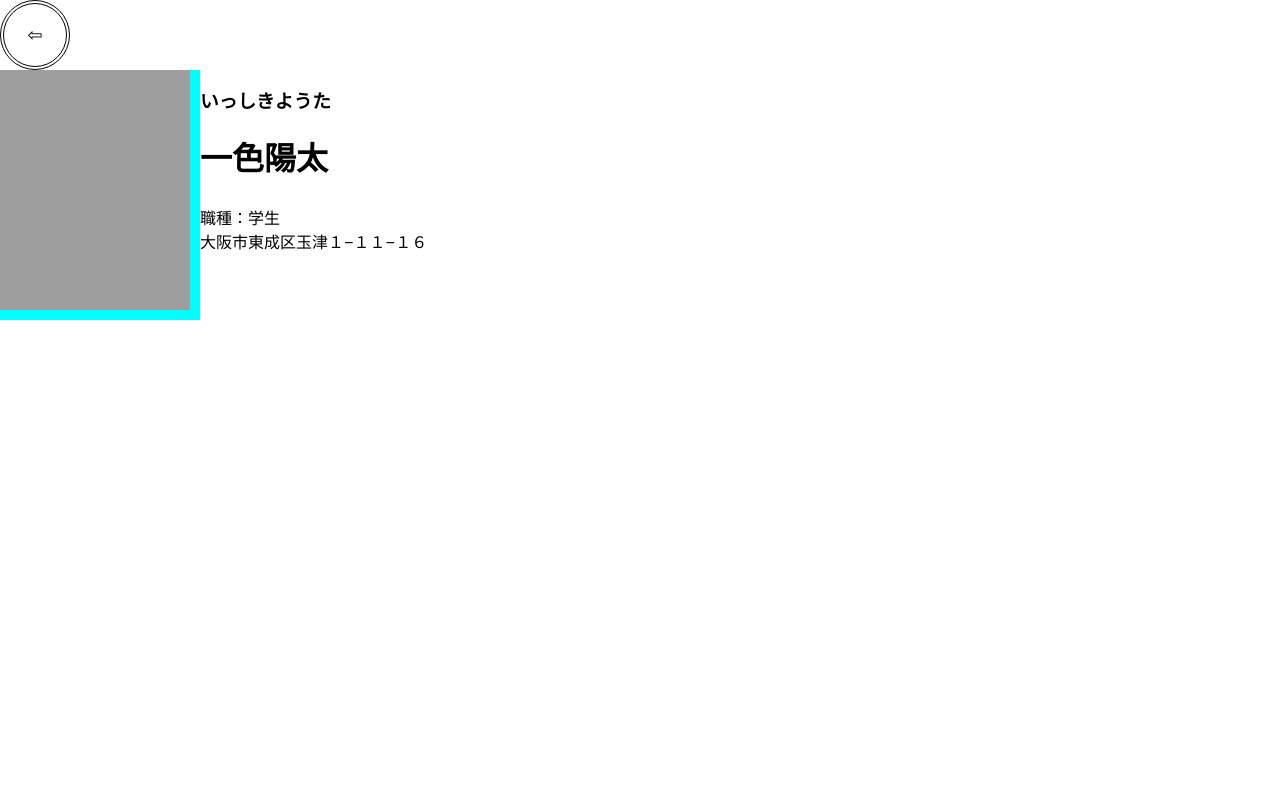
Repository: Mush-s/Folio-OX
Page: /profile
An editor plug-in stored every save of this project. The page is shown before and after the next save, followed by the edit.
The browser window is 1280 px wide. The pictures show the whole page.
Pictures or frames that could not be fetched are drawn as grey boxes. The project was rebuilt for these pictures with package versions that can differ from the ones it lists, and the page was loaded fresh each time. Also part of the build but not shown: src/TicTacToe/AfterGame/AfterGame.css, src/TicTacToe/AfterGame/AfterGame.js, src/TicTacToe/Game/Cell.css, src/TicTacToe/Game/Cell.js, src/TicTacToe/Patterns/Pattern.js, src/TicTacToe/Game/GameButtons/GameButtons.css, src/TicTacToe/Game/GameButtons/GameButtons.js, src/TicTacToe/Game/Game.css and 18 more.

Above is the page before, as saved 2022-09-20 18:06:43.

### public/index.html
<!DOCTYPE html>
<html lang="en">
  <head>
    <meta charset="utf-8" />
    <link rel="icon" href="%PUBLIC_URL%/favicon.ico" />
    <meta name="viewport" content="width=device-width, initial-scale=1" />
    <meta name="theme-color" content="#000000" />
    <meta
      name="description"
      content="Web site created using create-react-app"
    />
    <link rel="apple-touch-icon" href="%PUBLIC_URL%/logo192.png" />
    <!--
      manifest.json provides metadata used when your web app is installed on a
      user's mobile device or desktop. See https://developers.google.com/web/fundamentals/web-app-manifest/
    -->
    <link rel="manifest" href="%PUBLIC_URL%/manifest.json" />
    <!--
      Notice the use of %PUBLIC_URL% in the tags above.
      It will be replaced with the URL of the `public` folder during the build.
      Only files inside the `public` folder can be referenced from the HTML.

      Unlike "/favicon.ico" or "favicon.ico", "%PUBLIC_URL%/favicon.ico" will
      work correctly both with client-side routing and a non-root public URL.
      Learn how to configure a non-root public URL by running `npm run build`.
    -->
    <title>React App</title>
  </head>
  <body>
    <noscript>You need to enable JavaScript to run this app.</noscript>
    <div id="root"></div>
    <div id="portal"></div>
    <div id="howmany"></div>
    <!--
      This HTML file is a template.
      If you open it directly in the browser, you will see an empty page.

      You can add webfonts, meta tags, or analytics to this file.
      The build step will place the bundled scripts into the <body> tag.

      To begin the development, run `npm start` or `yarn start`.
      To create a production bundle, use `npm run build` or `yarn build`.
    -->
  </body>
</html>

### src/index.js
import { createRoot } from "react-dom/client";
import { BrowserRouter } from "react-router-dom";
import ReactDOM from "react-dom";
import AfterGame from "./TicTacToe/AfterGame/AfterGame";

import App from "./App";
import BeforeGame from "./NanMon/BeforeGame/BeforeGame";
const container = document.getElementById("root");
const root = createRoot(container);
root.render(
  <BrowserRouter>
    <App />
  </BrowserRouter>
);

export const OverLay = (props) => {
  return ReactDOM.createPortal(
    <AfterGame onClick={props.onClick} result={props.result} />,
    document.getElementById("portal")
  );
};
export const HowMany = (props) => {
  return ReactDOM.createPortal(
    <BeforeGame />,
    document.getElementById("howmany")
  );
};

### src/App.js
import "./App.css";
import Game from "./TicTacToe/Game/Game";
import Game1 from "./NanMon/Game/Game1";
import Start from "./Start/Start";
import { Route, Routes } from "react-router-dom";
import Profile from "./Profile/Profile";

const App = () => {
  return (
    <div className="app">
      <Routes>
        <Route path="/" element={<Start />} />
        <Route path="/tictactou" element={<Game />} />
        <Route path="/nanmon" element={<Game1 />} />
        <Route path="/profile" element={<Profile />} />
      </Routes>
    </div>
  );
};

export default App;

### src/App.css
.app {
  position: relative;
  height: 100vh;
  width: 100%;
  font-family: "Courier New", Courier, monospace;
  /* background-image: url(https://png.pngtree.com/thumb_back/fh260/background/20210308/pngtree-vs-versus-challenge-gaming-background-banner-blue-image_582152.jpg);
  background-size: contain; */
}
/* Document
 * ========================================================================== */

/**
 * 1. Add border box sizing in all browsers (opinionated).
 * 2. Backgrounds do not repeat by default (opinionated).
 */

*,
::before,
::after {
  box-sizing: border-box; /* 1 */
  background-repeat: no-repeat; /* 2 */
}

/**
  * 1. Add text decoration inheritance in all browsers (opinionated).
  * 2. Add vertical alignment inheritance in all browsers (opinionated).
  */

::before,
::after {
  text-decoration: inherit; /* 1 */
  vertical-align: inherit; /* 2 */
}

/**
  * 1. Use the default cursor in all browsers (opinionated).
  * 2. Change the line height in all browsers (opinionated).
  * 3. Breaks words to prevent overflow in all browsers (opinionated).
  * 4. Use a 4-space tab width in all browsers (opinionated).
  * 5. Remove the grey highlight on links in iOS (opinionated).
  * 6. Prevent adjustments of font size after orientation changes in iOS.
  */

:where(:root) {
  cursor: default; /* 1 */
  line-height: 1.5; /* 2 */
  overflow-wrap: break-word; /* 3 */
  -moz-tab-size: 4; /* 4 */
  tab-size: 4; /* 4 */
  -webkit-tap-highlight-color: transparent; /* 5 */
  -webkit-text-size-adjust: 100%; /* 6 */
  text-size-adjust: 100%; /* 6 */
}

/* Sections
  * ========================================================================== */

/**
  * Remove the margin in all browsers (opinionated).
  */

:where(body) {
  margin: 0;
}

/**
  * Correct the font size and margin on `h1` elements within `section` and
  * `article` contexts in Chrome, Edge, Firefox, and Safari.
  */

:where(h1) {
  font-size: 2em;
  margin: 0.67em 0;
}

/* Grouping content
  * ========================================================================== */

/**
  * Remove the margin on nested lists in Chrome, Edge, and Safari.
  */

:where(dl, ol, ul) :where(dl, ol, ul) {
  margin: 0;
}

/**
  * 1. Correct the inheritance of border color in Firefox.
  * 2. Add the correct box sizing in Firefox.
  */

:where(hr) {
  color: inherit; /* 1 */
  height: 0; /* 2 */
}

/**
  * Remove the list style on navigation lists in all browsers (opinionated).
  */

:where(nav) :where(ol, ul) {
  list-style-type: none;
  padding: 0;
}

/**
  * Prevent VoiceOver from ignoring list semantics in Safari (opinionated).
  */

:where(nav li)::before {
  content: "\200B";
  float: left;
}

/**
  * 1. Correct the inheritance and scaling of font size in all browsers.
  * 2. Correct the odd `em` font sizing in all browsers.
  * 3. Prevent overflow of the container in all browsers (opinionated).
  */

:where(pre) {
  font-family: monospace, monospace; /* 1 */
  font-size: 1em; /* 2 */
  overflow: auto; /* 3 */
}

/* Text-level semantics
  * ========================================================================== */

/**
  * Add the correct text decoration in Safari.
  */

:where(abbr[title]) {
  text-decoration: underline;
  text-decoration: underline dotted;
}

/**
  * Add the correct font weight in Chrome, Edge, and Safari.
  */

:where(b, strong) {
  font-weight: bolder;
}

/**
  * 1. Correct the inheritance and scaling of font size in all browsers.
  * 2. Correct the odd `em` font sizing in all browsers.
  */

:where(code, kbd, samp) {
  font-family: monospace, monospace; /* 1 */
  font-size: 1em; /* 2 */
}

/**
  * Add the correct font size in all browsers.
  */

:where(small) {
  font-size: 80%;
}

/* Embedded content
  * ========================================================================== */

/*
  * Change the alignment on media elements in all browsers (opinionated).
  */

:where(audio, canvas, iframe, img, svg, video) {
  vertical-align: middle;
}

/**
  * Remove the border on iframes in all browsers (opinionated).
  */

:where(iframe) {
  border-style: none;
}

/**
  * Change the fill color to match the text color in all browsers (opinionated).
  */

:where(svg:not([fill])) {
  fill: currentColor;
}

/* Tabular data
  * ========================================================================== */

/**
  * 1. Collapse border spacing in all browsers (opinionated).
  * 2. Correct table border color in Chrome, Edge, and Safari.
  * 3. Remove text indentation from table contents in Chrome, Edge, and Safari.
  */

:where(table) {
  border-collapse: collapse; /* 1 */
  border-color: currentColor; /* 2 */
  text-indent: 0; /* 3 */
}

/* Forms
  * ========================================================================== */

/**
  * Remove the margin on controls in Safari.
  */

:where(button, input, select) {
  margin: 0;
}

/**
  * Correct the inability to style buttons in iOS and Safari.
  */

:where(button, [type="button" i], [type="reset" i], [type="submit" i]) {
  -webkit-appearance: button;
}

/**
  * Change the inconsistent appearance in all browsers (opinionated).
  */

:where(fieldset) {
  border: 1px solid #a0a0a0;
}

/**
  * Add the correct vertical alignment in Chrome, Edge, and Firefox.
  */

:where(progress) {
  vertical-align: baseline;
}

/**
  * 1. Remove the margin in Firefox and Safari.
  * 3. Change the resize direction in all browsers (opinionated).
  */

:where(textarea) {
  margin: 0; /* 1 */
  resize: vertical; /* 3 */
}

/**
  * 1. Correct the odd appearance in Chrome, Edge, and Safari.
  * 2. Correct the outline style in Safari.
  */

:where([type="search" i]) {
  -webkit-appearance: textfield; /* 1 */
  outline-offset: -2px; /* 2 */
}

/**
  * Correct the cursor style of increment and decrement buttons in Safari.
  */

::-webkit-inner-spin-button,
::-webkit-outer-spin-button {
  height: auto;
}

/**
  * Correct the text style of placeholders in Chrome, Edge, and Safari.
  */

::-webkit-input-placeholder {
  color: inherit;
  opacity: 0.54;
}

/**
  * Remove the inner padding in Chrome, Edge, and Safari on macOS.
  */

::-webkit-search-decoration {
  -webkit-appearance: none;
}

/**
  * 1. Correct the inability to style upload buttons in iOS and Safari.
  * 2. Change font properties to `inherit` in Safari.
  */

::-webkit-file-upload-button {
  -webkit-appearance: button; /* 1 */
  font: inherit; /* 2 */
}

/* Interactive
  * ========================================================================== */

/*
  * Add the correct styles in Safari.
  */

:where(dialog) {
  background-color: white;
  border: solid;
  color: black;
  height: -moz-fit-content;
  height: fit-content;
  left: 0;
  margin: auto;
  padding: 1em;
  position: absolute;
  right: 0;
  width: -moz-fit-content;
  width: fit-content;
}

:where(dialog:not([open])) {
  display: none;
}

/*
  * Add the correct display in Safari.
  */

:where(details > summary:first-of-type) {
  display: list-item;
}

/* Accessibility
  * ========================================================================== */

/**
  * Change the cursor on busy elements in all browsers (opinionated).
  */

:where([aria-busy="true" i]) {
  cursor: progress;
}

/*
  * Change the cursor on disabled, not-editable, or otherwise
  * inoperable elements in all browsers (opinionated).
  */

:where([aria-disabled="true" i], [disabled]) {
  cursor: not-allowed;
}

/*
  * Change the display on visually hidden accessible elements
  * in all browsers (opinionated).
  */

:where([aria-hidden="false" i][hidden]) {
  display: initial;
}

:where([aria-hidden="false" i][hidden]:not(:focus)) {
  clip: rect(0, 0, 0, 0);
  position: absolute;
}

a:-webkit-any-link {
  color: black;
  text-decoration: none;
}

button {
  cursor: pointer;
}

ul {
  padding-inline-start: 0;
  margin-block-start: 0;
}

### src/Profile/Profile.js
import Back from "../Components/Back/Back";
import "./Profile.css";
const Profile = () => {
  return (
    <>
      <Back />
      <div className="profile">
        <div className="picture">
          <img src="http://livedoor.blogimg.jp/snoo_frontpage/imgs/9/4/9460ea59-s.png" />
        </div>
        <div className="intro">
          <div className="name">
            <h3>いっしきようた</h3>
            <h1>一色陽太</h1>
          </div>
          <div className="job">職種：学生</div>
          <div className="post">大阪市東成区玉津１−１１−１６</div>
        </div>
      </div>
    </>
  );
};

export default Profile;

### src/Components/Back/Back.js
import "./Back.css";
import { useNavigate } from "react-router-dom";

const Back = () => {
  const navigate = useNavigate();
  const backHandler = () => {
    navigate("/");
  };
  return (
    <button className="back" onClick={backHandler}>
      ⇦
    </button>
  );
};

export default Back;

### src/Profile/Profile.css
.profile {
    display: flex;
    height:100vh;
}

.profile .picture {
  background-color: aqua;
  width: 200px;
  height: 250px;
}
.profile img {
  width: 190px;
  height: 240px;
}

### src/Components/Back/Back.css
.back {
  width: 70px;
  height: 70px;
  font-size: 18px;
  display: inline-block;
  background: #ffffff;
  border: double 4px #000000;
  border-radius: 50%;
  text-align: center;
  overflow: hidden;
  cursor: pointer;
}

After the next save:
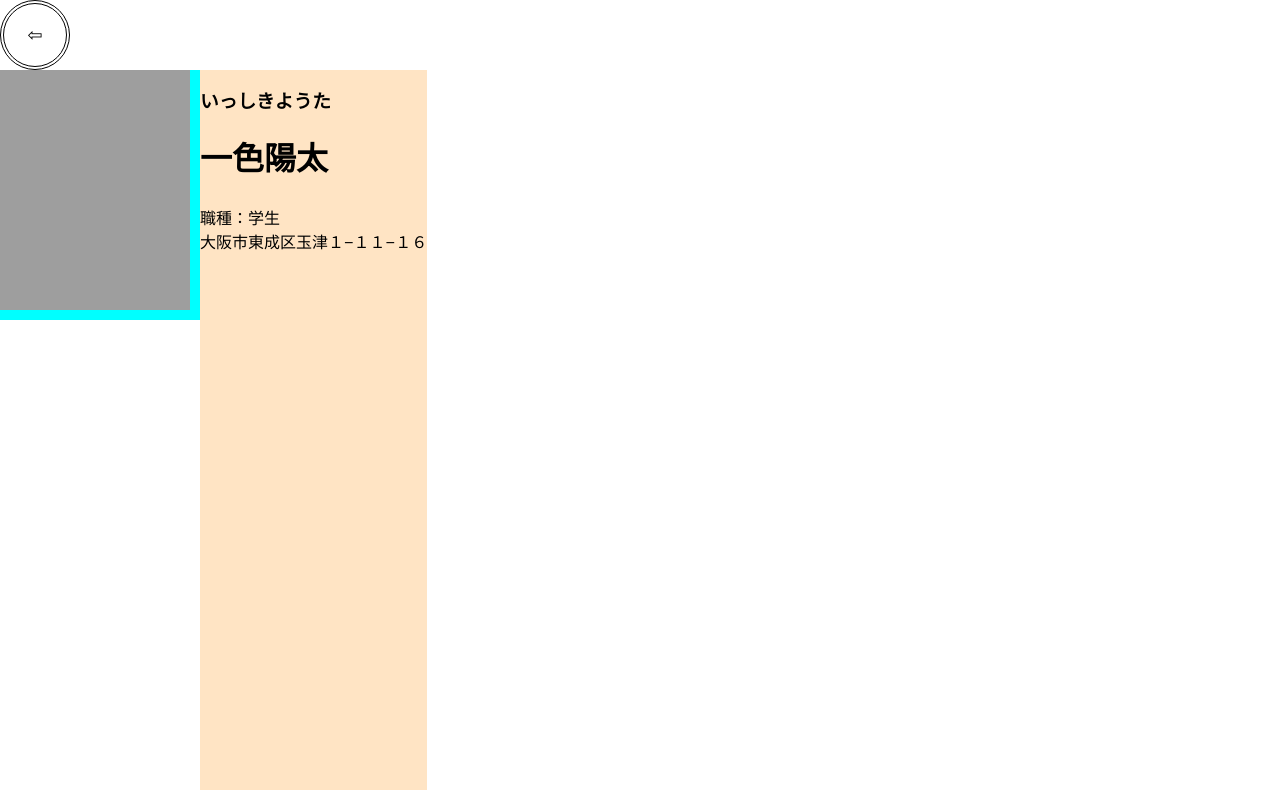
Saved 24 s later.
--- a/src/Profile/Profile.css
+++ b/src/Profile/Profile.css
@@ -1,6 +1,6 @@
 .profile {
-    display: flex;
-    height:100vh;
+  display: flex;
+  height: 100vh;
 }
 
 .profile .picture {
@@ -12,3 +12,7 @@
   width: 190px;
   height: 240px;
 }
+
+.profile .intro {
+  background-color: bisque;
+}
